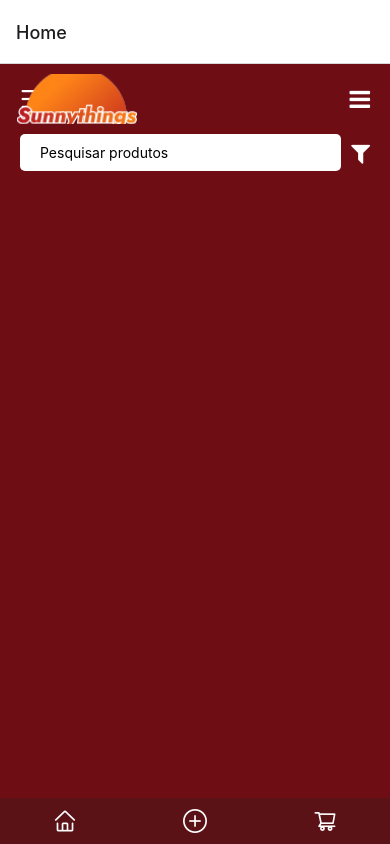
Repository: Luizzzin/SuperMercado
Screen: / (app in suny/)
The author's editor kept a copy of each file at every save. The screen is drawn from the files as they stood at one save, then again after the next save.
The app was drawn by React Native's web renderer in a window 390 px wide. The project was rebuilt for these pictures with package versions that can differ from the ones it lists, and the page was loaded fresh each time.

Above is the screen before, as saved 2024-05-09 11:25:23.

### suny/App.js
import React from 'react';
import { NavigationContainer } from '@react-navigation/native';
import { createStackNavigator } from '@react-navigation/stack';
import Routes from './routes'; // Importe o componente Routes

const Stack = createStackNavigator();

const App = () => {
  return <Routes />;
}

export default App;

### suny/routes.js
import React from 'react';
import { NavigationContainer } from '@react-navigation/native';
import { createStackNavigator } from '@react-navigation/stack';
import HomeScreen from './HomeScreen'; // Importe o componente HomeScreen

const Stack = createStackNavigator();

const Routes = () => {
  return (
    <NavigationContainer>
      <Stack.Navigator>
        <Stack.Screen name="Home" component={HomeScreen} />
        {/* Aqui você adicionaria outras telas */}
      </Stack.Navigator>
    </NavigationContainer>
  );
}

export default Routes;

### suny/HomeScreen.js
import React from 'react';
import { View, Text, StyleSheet, TouchableOpacity, TextInput, Image, ScrollView } from 'react-native';
import { AntDesign, FontAwesome } from '@expo/vector-icons'; // Certifique-se de instalar o pacote expo-vector-icons

const HomeScreen = () => {
  return (
    <View style={styles.container}>
      {/* Header */}
      <View style={styles.header}>
        <TouchableOpacity onPress={() => console.log("Menu clicked")}>
          <AntDesign name="menu-fold" size={24} color="white" />
        </TouchableOpacity>
        <Image source={require('./path/to/your/logo.png')} style={styles.logo} />
        <TouchableOpacity onPress={() => console.log("Hamburger clicked")}>
          <FontAwesome name="bars" size={24} color="white" />
        </TouchableOpacity>
      </View>

      {/* Search Bar */}
      <View style={styles.searchBar}>
        <TextInput
          style={styles.input}
          placeholder="Pesquisar produtos"
        />
        <TouchableOpacity onPress={() => console.log("Filter clicked")}>
          <FontAwesome name="filter" size={24} color="white" />
        </TouchableOpacity>
      </View>

      {/* Category Carousel */}
      <ScrollView horizontal style={styles.carousel}>
        {/* Render your 7 category images here */}
      </ScrollView>

      {/* Product Cards */}
      <ScrollView style={styles.productContainer}>
        {/* Render your product cards here */}
      </ScrollView>

      {/* Tab Bar */}
      <View style={styles.tabBar}>
        <TouchableOpacity onPress={() => console.log("Home clicked")} style={styles.tabItem}>
          <AntDesign name="home" size={24} color="white" />
        </TouchableOpacity>
        <TouchableOpacity onPress={() => console.log("Add clicked")} style={styles.tabItem}>
          <AntDesign name="pluscircleo" size={24} color="white" />
        </TouchableOpacity>
        <TouchableOpacity onPress={() => console.log("Cart clicked")} style={styles.tabItem}>
          <AntDesign name="shoppingcart" size={24} color="white" />
        </TouchableOpacity>
      </View>
    </View>
  );
}

const styles = StyleSheet.create({
  container: {
    flex: 1,
    backgroundColor: '#6F0D15',
  },
  header: {
    flexDirection: 'row',
    justifyContent: 'space-between',
    alignItems: 'center',
    paddingHorizontal: 20,
    paddingTop: 10,
  },
  logo: {
    width: 120,
    height: 50,
    right: 120,
  },
  searchBar: {
    flexDirection: 'row',
    alignItems: 'center',
    paddingHorizontal: 20,
    marginTop: 10,
  },
  input: {
    flex: 1,
    backgroundColor: 'white',
    borderRadius: 5,
    paddingVertical: 10,
    paddingHorizontal: 20,
    marginRight: 10,
  },
  carousel: {
    marginTop: 20,
    paddingHorizontal: 20,
    marginBottom: 20,
  },
  productContainer: {
    paddingHorizontal: 20,
  },
  tabBar: {
    flexDirection: 'row',
    justifyContent: 'space-around',
    backgroundColor: '#5A1217',
    paddingVertical: 10,
  },
  tabItem: {
    flex: 1,
    alignItems: 'center',
  },
});

export default HomeScreen;

After the next save:
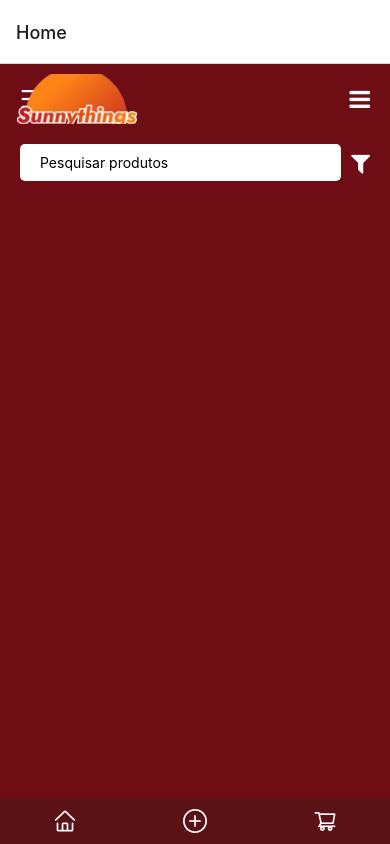
Saved 10 s later.
--- a/suny/HomeScreen.js
+++ b/suny/HomeScreen.js
@@ -74,7 +74,7 @@
     flexDirection: 'row',
     alignItems: 'center',
     paddingHorizontal: 20,
-    marginTop: 10,
+    marginTop: 20,
   },
   input: {
     flex: 1,
